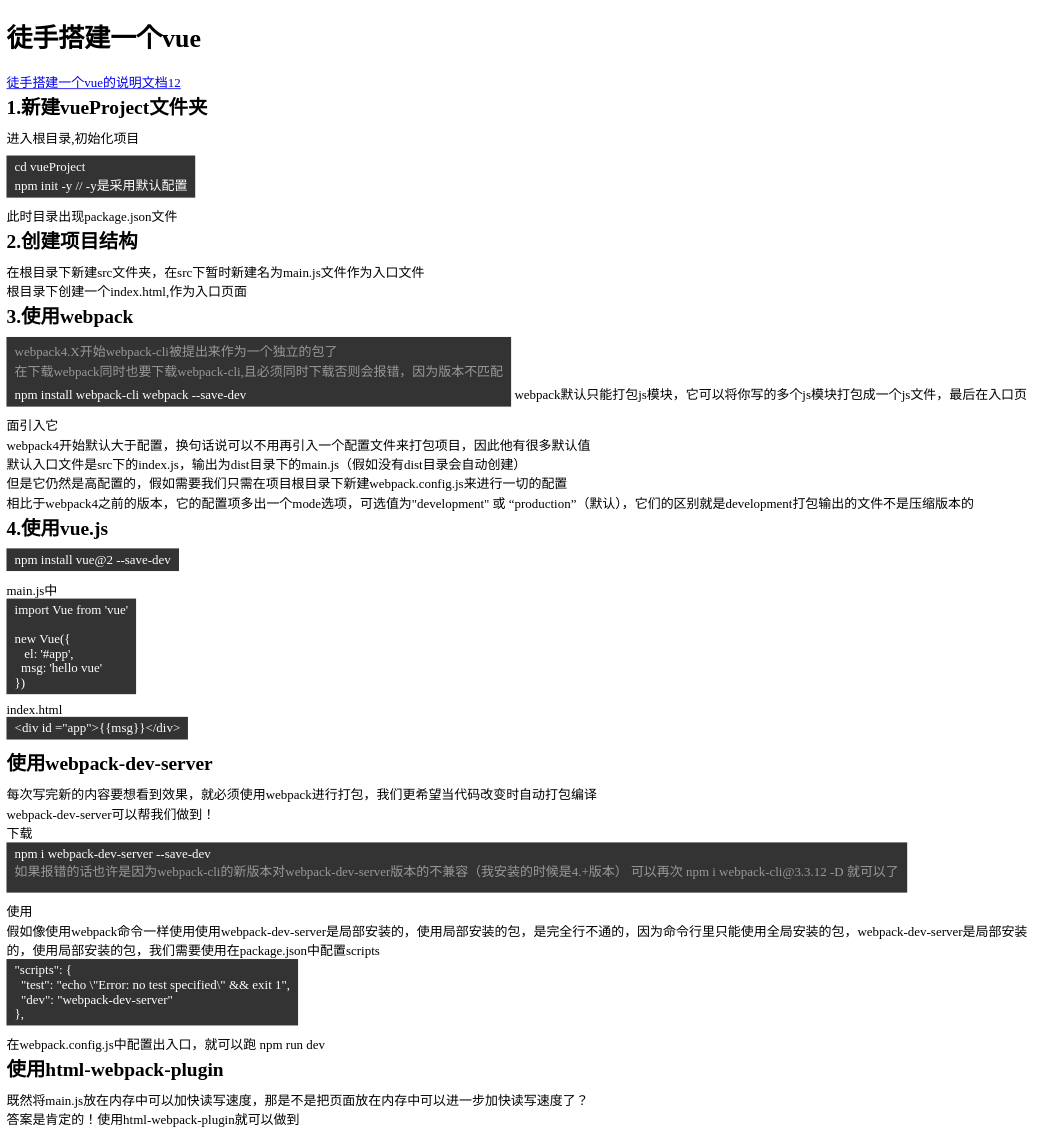
Repository: yuWhy/vue-build-cli
Page: /#/vueBuild
An editor plug-in stored every save of this project. The page is shown before and after the next save, followed by the edit.
The browser window is 1280 px wide. The pictures show the whole page, at 81% of full size.
The project was rebuilt for these pictures with package versions that can differ from the ones it lists, and the page was loaded fresh each time. Also part of the build but not shown: webpack.config.js, src/router/index.js.

Above is the page before, as saved 2021-02-19 17:01:26.

### index.html
<!DOCTYPE html>
<html lang="en">

<head>
  <meta charset="utf-8">
  <meta http-equiv="X-UA-Compatible" content="IE=edge">
  <meta name="viewport" content="width=device-width,initial-scale=1.0">
</head>

<body>
  <div id="app"></div>
</body>

</html>

### src/main.js
import Vue from 'vue'
import App from "./App.vue"
import router from './router/index.js'

new Vue({
  el: '#app',
  router,
  render: h => h(App)
})

### src/App.vue
<template>
  <div id="app">
    <h1>{{msg}}</h1>
    <router-link to="vueBuild">徒手搭建一个vue的说明文档</router-link>
    <router-link to="hello">1</router-link>
    <router-link to="login">2</router-link>
    <router-view></router-view>
  </div>
</template>

<script>
export default {
  name: 'App',
  data() {
    return {
      msg: '徒手搭建一个vue'
    }
  }
}
</script>

### src/components/vue-build.vue
<template>
  <div>
    <h2>1.新建vueProject文件夹</h2>
    <p>进入根目录,初始化项目</p>
    <div class="dimk">
      cd vueProject <br>
      npm init -y // -y是采用默认配置
    </div>
    <br>
    此时目录出现package.json文件
    <h2>2.创建项目结构</h2>
    在根目录下新建src文件夹，在src下暂时新建名为main.js文件作为入口文件<br>
    根目录下创建一个index.html,作为入口页面
    <h2>3.使用webpack</h2>
    <div class="dimk">
     <p class="hui"> webpack4.X开始webpack-cli被提出来作为一个独立的包了<br>
      在下载webpack同时也要下载webpack-cli,且必须同时下载否则会报错，因为版本不匹配<br></p>
      npm install webpack-cli webpack --save-dev<br>
    </div>
    webpack默认只能打包js模块，它可以将你写的多个js模块打包成一个js文件，最后在入口页面引入它<br>
    webpack4开始默认大于配置，换句话说可以不用再引入一个配置文件来打包项目，因此他有很多默认值<br>
    默认入口文件是src下的index.js，输出为dist目录下的main.js（假如没有dist目录会自动创建）<br>
    但是它仍然是高配置的，假如需要我们只需在项目根目录下新建webpack.config.js来进行一切的配置<br>
    相比于webpack4之前的版本，它的配置项多出一个mode选项，可选值为"development" 或 “production”（默认），它们的区别就是development打包输出的文件不是压缩版本的
    <h2>4.使用vue.js</h2>
    <div class="dimk">npm install vue@2 --save-dev</div><br>
    main.js中<br>
    <div class="dimk">
      import Vue from 'vue'<br><br>
      new Vue({<br>
          &nbsp;&nbsp; el: '#app',<br>
          &nbsp;&nbsp;msg: 'hello vue'<br>
      })<br>
    </div><br>
    index.html<br>
    <div class="dimk">{{t1}}</div><br>
    <h2>使用webpack-dev-server</h2>
    每次写完新的内容要想看到效果，就必须使用webpack进行打包，我们更希望当代码改变时自动打包编译<br>
    webpack-dev-server可以帮我们做到！<br>
    下载<br>
    <div class="dimk">npm i webpack-dev-server --save-dev
      <p class="hui">如果报错的话也许是因为webpack-cli的新版本对webpack-dev-server版本的不兼容（我安装的时候是4.+版本）
  可以再次 npm i webpack-cli@3.3.12 -D 就可以了</p>
    </div><br>
    使用<br>
    假如像使用webpack命令一样使用使用webpack-dev-server是局部安装的，使用局部安装的包，是完全行不通的，因为命令行里只能使用全局安装的包，webpack-dev-server是局部安装的，使用局部安装的包，我们需要使用在package.json中配置scripts<br>
    <div class="dimk">
      "scripts": {<br>
      &nbsp;&nbsp;"test": "echo \"Error: no test specified\" && exit 1",<br>
      &nbsp;&nbsp;"dev": "webpack-dev-server"<br>
      },
    </div><br>
    在webpack.config.js中配置出入口，就可以跑 npm run dev<br>
    <h2>使用html-webpack-plugin</h2>
    既然将main.js放在内存中可以加快读写速度，那是不是把页面放在内存中可以进一步加快读写速度了？<br>
    答案是肯定的！使用html-webpack-plugin就可以做到
  </div>
</template>
<script>
export default {
  name: 'vueBuild',
  data() {
    return {
      t1: '<div id ="app">{{msg}}</div>'
    }
  }
}
</script>
<style scoped>
* {
  padding: 0;
  margin: 0;
  margin-bottom: 10px;
}
  .dimk {
    background: #333;
    color: #fff;
    padding: 5px 10px;
    display: inline-block;
  }
  .dimk .hui {
    color: #999;
  }
</style>

After the next save:
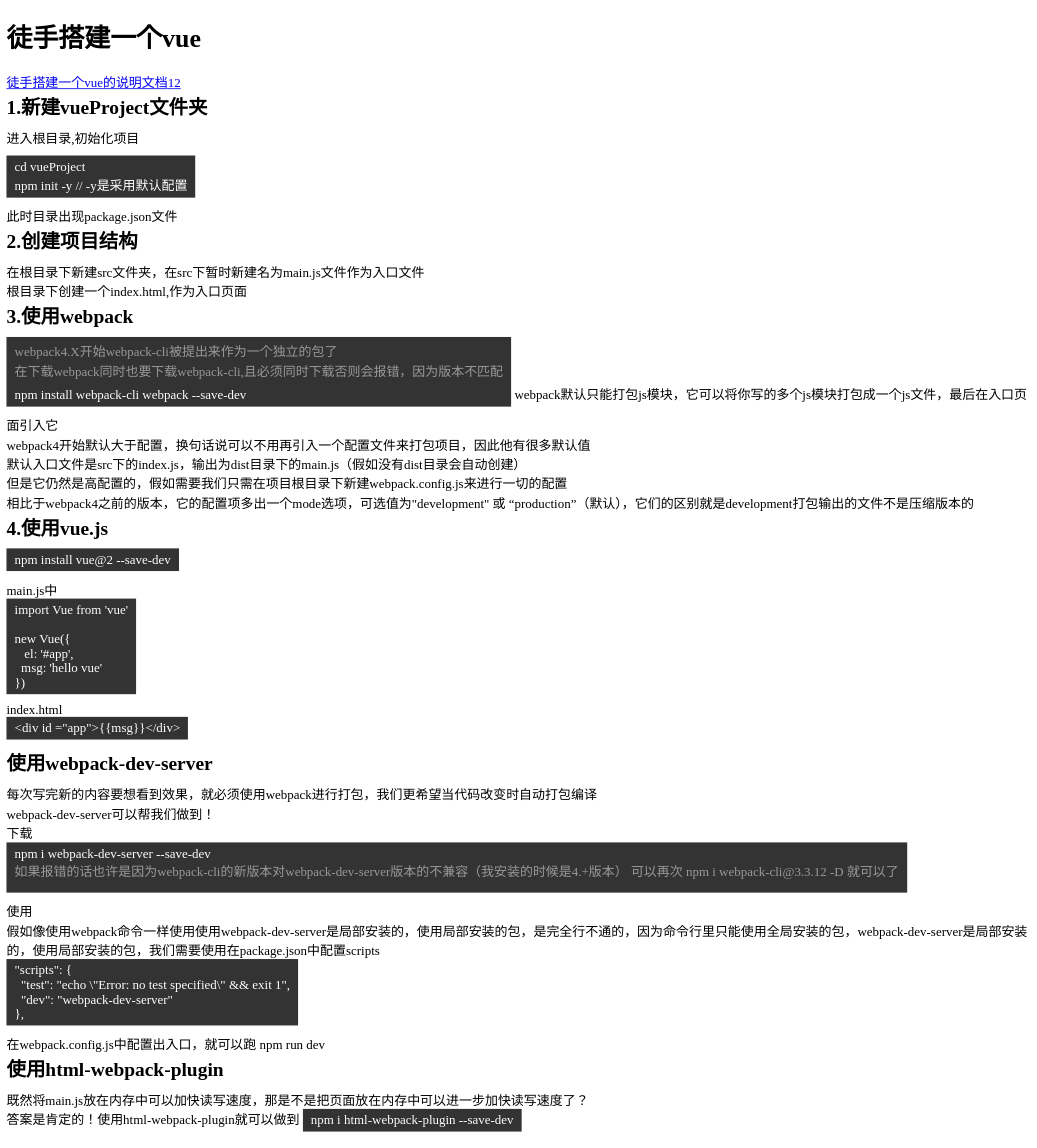
Saved 24 s later.
--- a/src/components/vue-build.vue
+++ b/src/components/vue-build.vue
@@ -54,6 +54,7 @@
     <h2>使用html-webpack-plugin</h2>
     既然将main.js放在内存中可以加快读写速度，那是不是把页面放在内存中可以进一步加快读写速度了？<br>
     答案是肯定的！使用html-webpack-plugin就可以做到
+    <div class="dimk">npm i html-webpack-plugin --save-dev</div><br>
   </div>
 </template>
 <script>
